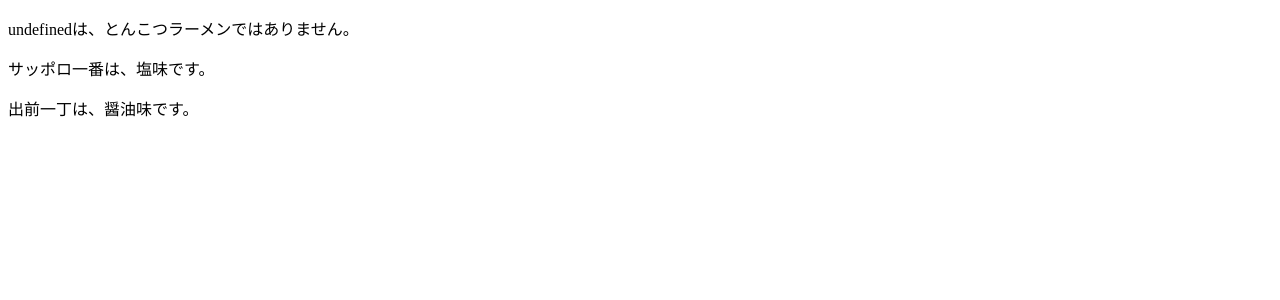
Repository: matsuryu0325/18_JS_practise
Page: 0415/ramen.html
An editor plug-in stored every save of this project. The page is shown before and after the next save, followed by the edit.
The browser window is 1280 px wide. The pictures show the whole page.

Above is the page before, as saved 2024-04-15 11:38:21.

After the next save:
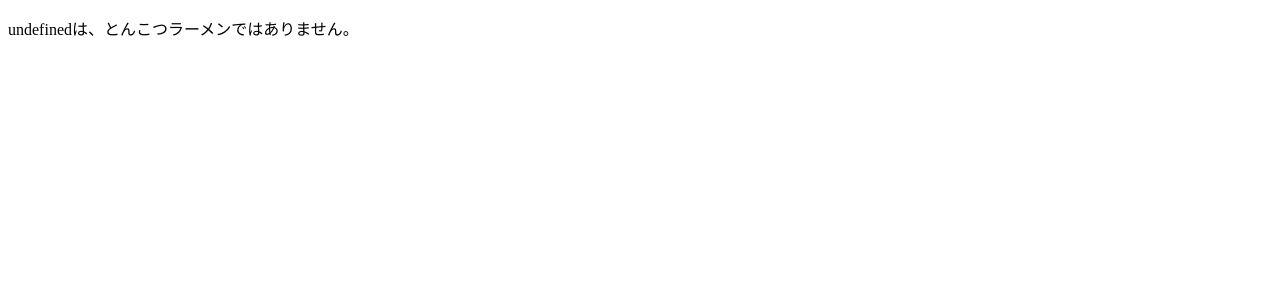
Saved 2 min 31 s later.
--- a/0415/ramen.html
+++ b/0415/ramen.html
@@ -46,7 +46,7 @@
             }
         }
 
-        //インスタンス化
+        /* //インスタンス化
         const soltRamen = new InstantNoodle("サッポロ一番", "塩");
         console.log(soltRamen);//オブジェクト
         console.log(soltRamen.name + "は、" + soltRamen.taste + "味");
@@ -60,7 +60,10 @@
         console.log(soltRamen.descript(), demaeicchouN.descript());
 
         document.body.insertAdjacentHTML("beforeend", soltRamen.descript());
-        document.body.insertAdjacentHTML("beforeend", demaeicchouN.descript());
+        document.body.insertAdjacentHTML("beforeend", demaeicchouN.descript()); */
+
+
+        const ramens = [];
     </script>
 
 </body>
